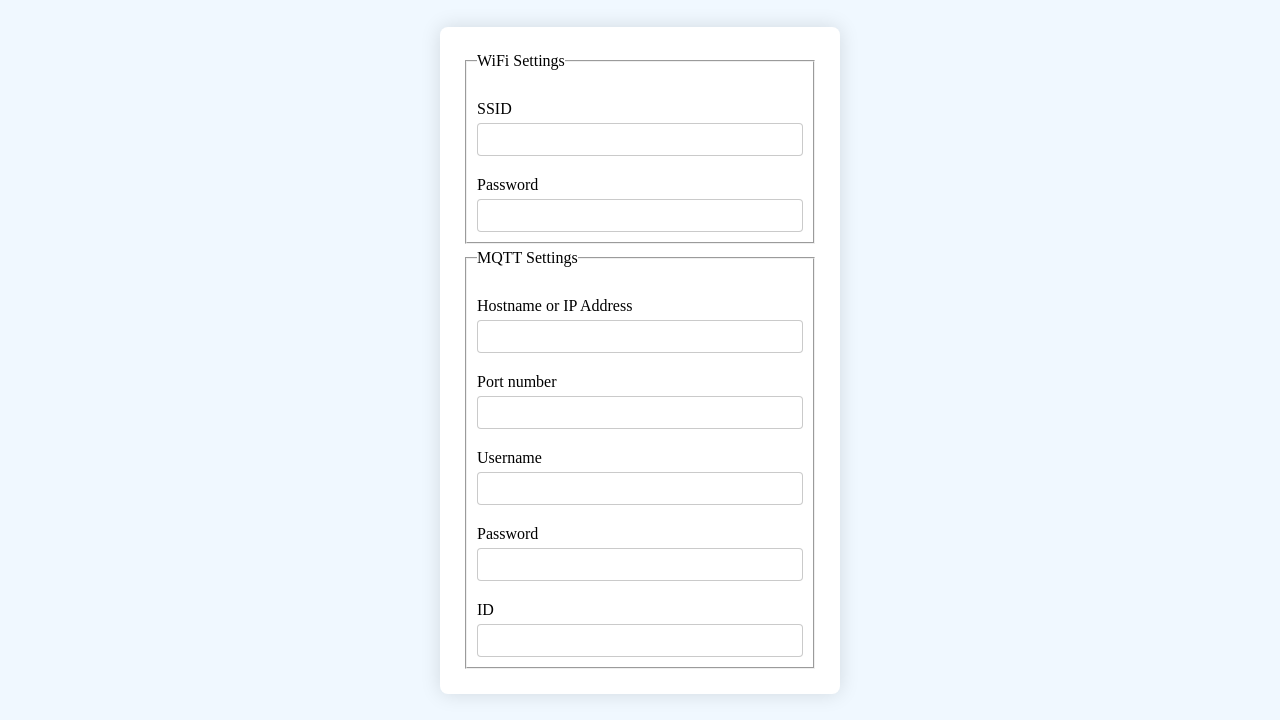
Repository: alex-dow/psikon-weather-station
Page: data/index.html
An editor plug-in stored every save of this project. The page is shown before and after the next save, followed by the edit.
The browser window is 1280 px wide. The pictures show the whole page.

Above is the page before, as saved 2021-12-09 22:48:45.

### data/index.html
<!DOCTYPE html>
<html>
<head>
  <meta charset='utf-8'>
  <meta http-equiv='X-UA-Compatible' content='IE=edge'>
  <title>Psikon Weather Reporter</title>
  <meta name='viewport' content='width=device-width, initial-scale=1'>
  <style>
 * {
  padding: 0;
  margin: 0;
  box-sizing: border-box;
 }
 body {
  font-family: "Montserrat";
 }
 section {
  min-height: 100vh;
  width: 100%;
  display: flex;
  align-items: center;
  justify-content: center;
  background-color: aliceblue;
 }
 .container {
  max-width: 400px;
  width: 90%;
  padding: 20px;
  box-shadow: 0px 0px 20px #00000020;
  border-radius: 8px;
  background-color: white;
 }
 .step {
  display: none;
 }
 .step.active {
  display: block;
 }
 .form-group {
  width: 100%;
  margin-top: 20px;
 }
 .form-group input {
  width: 100%;
  border: 1.5px solid rgba(128, 128, 128, 0.418);
  padding: 5px;
  font-size: 18px;
  margin-top: 5px;
  border-radius: 4px;
 }
 button.next-btn,
 button.previous-btn,
 button.submit-btn {
  float: right;
  margin-top: 20px;
  padding: 10px 30px;
  border: none;
  outline: none;
  background-color: rgb(180, 220, 255);
  font-family: "Montserrat";
  font-size: 18px;
  cursor: pointer;
  /* text-align: right; */
 }
   button.previous-btn {
  float: left;
 }
 button.submit-btn {
  background-color: aquamarine;
 }
 fieldset {
   padding: 10px;
   margin: 5px;
 }
  </style>
</head>
<body>
<section>
  <div class="container">
  <form>
    <fieldset>
      <legend>WiFi Settings</legend>
      <div class="form-group">
        <label for="wifi_ssid">SSID</label>
        <input id="wifi_ssid"/>
      </div>
      <div class="form-group">
        <label for="wifi_password">Password</label>
        <input id="wifi_password"/>
      </div>
    </fieldset>
    <fieldset>
      <legend>MQTT Settings</legend>
      <div class="form-group">
        <label for="mqtt_host">Hostname or IP Address</label>
        <input id="mqtt_host"/>
      </div>
      <div class="form-group">
        <label for="mqtt_port">Port number</label>
        <input id="mqtt_port" type="number" min="0" max="65536"/>
      </div>
      <div class="form-group">
        <label for="mqtt_username">Username</label>
        <input id="mqtt_username"/>
      </div>
      <div class="form-group">
        <label id="mqtt_password">Password</label>
        <input id="mqtt_password"/>
      </div>
      <div class="form-group">
        <label for="mqtt_id">ID</label>
        <input id="mqtt_id" /><br/>
      </div>
    </fieldset>
  </form>
  </div>
</section>
</body>
</html>

After the next save:
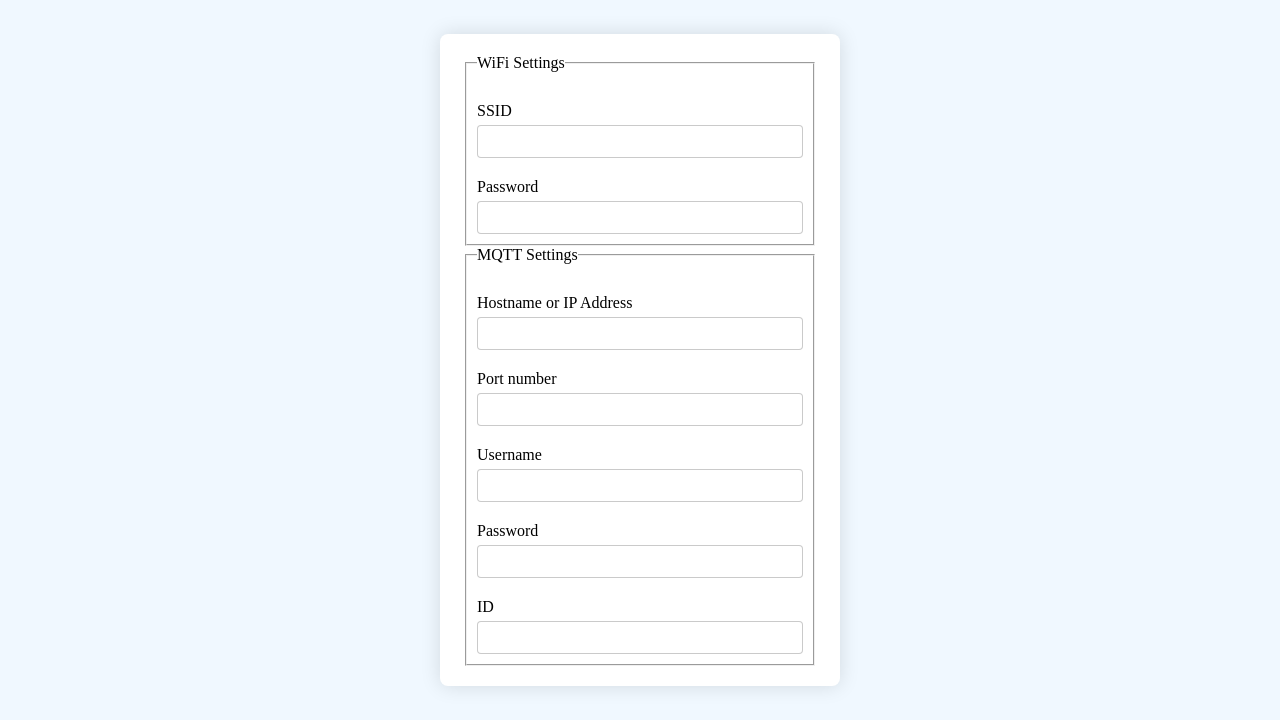
Saved 6 s later.
--- a/data/index.html
+++ b/data/index.html
@@ -70,7 +70,7 @@
  }
  fieldset {
    padding: 10px;
-   margin: 5px;
+   margin: 0px 5px;
  }
   </style>
 </head>
